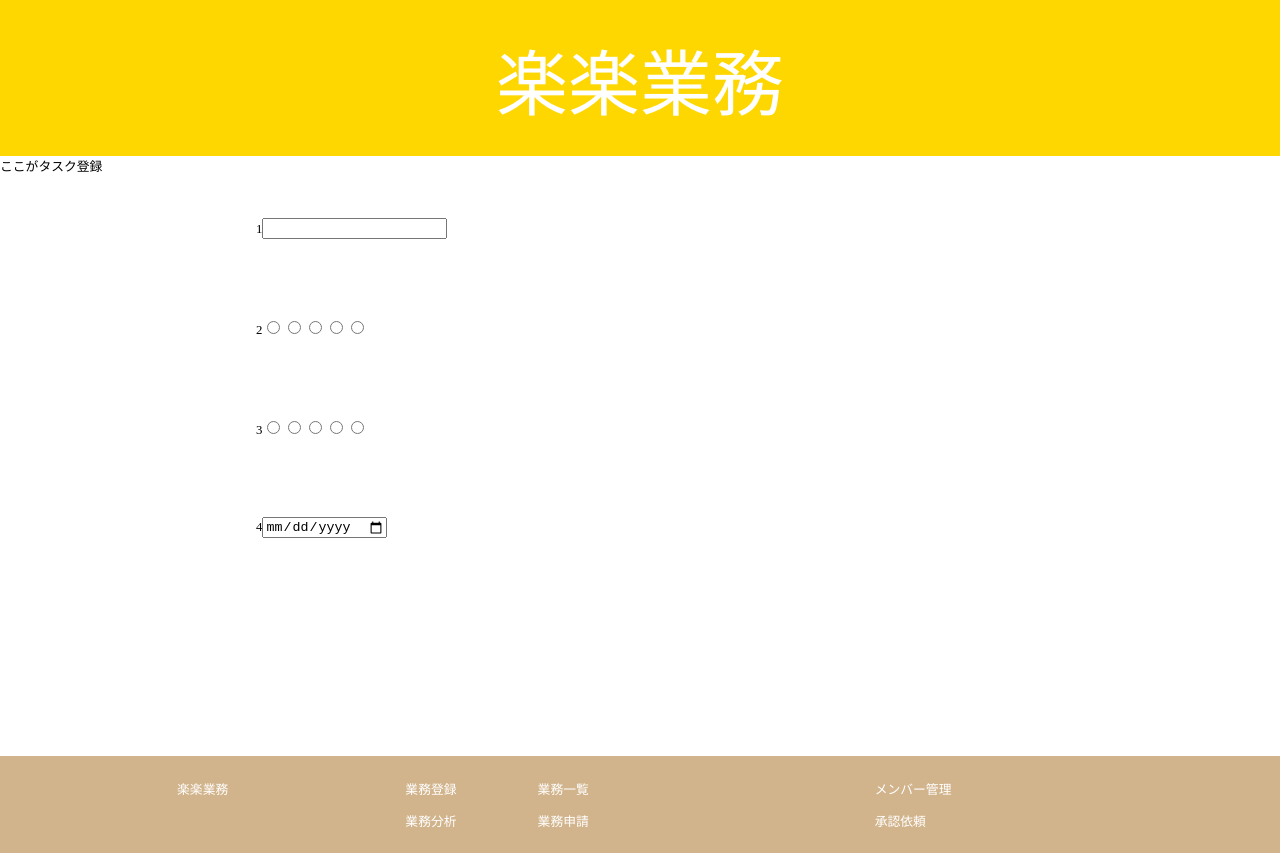
Repository: Reiya-1003/VueReplaceTask
Page: /#/register
An editor plug-in stored every save of this project. The page is shown before and after the next save, followed by the edit.
The browser window is 1280 px wide. The pictures show the whole page.
The project was rebuilt for these pictures with package versions that can differ from the ones it lists, and the page was loaded fresh each time. Also part of the build but not shown: vue.config.js, src/components/pages/PageHome.vue.

Above is the page before, as saved 2022-06-16 15:30:08.

### public/index.html
<!DOCTYPE html>
<html lang="">
  <head>
    <meta charset="utf-8">
    <meta http-equiv="X-UA-Compatible" content="IE=edge">
    <meta name="viewport" content="width=device-width,initial-scale=1.0">
    <link rel="icon" href="<%= BASE_URL %>favicon.ico">
    <link rel="stylesheet" href="style.css">
    <title><%= htmlWebpackPlugin.options.title %></title>
  </head>
  <body>
    <noscript>
      <strong>We're sorry but <%= htmlWebpackPlugin.options.title %> doesn't work properly without JavaScript enabled. Please enable it to continue.</strong>
    </noscript>
    <div id="app"></div>
    <!-- built files will be auto injected -->
  </body>
</html>

### src/main.js
import Vue from 'vue'
import App from './App.vue'
import router from './roter'

Vue.config.productionTip = false


new Vue({
  router,
  render: h => h(App),
}).$mount('#app')

### src/App.vue
<template>
  <div>
      <PageHeader />

        <!-- <PageHome /> -->
        <router-view />

      <PageFooter />
  </div>
</template>

<script>
import PageHeader from "./components/modules/PageHeader";
import PageFooter from "./components/modules/PageFooter";


export default {
  name: 'App',
  components: {
    PageHeader,
    PageFooter,


  },

}
</script>

<style>

</style>

### src/roter.js
import Vue from 'vue'
import VueRouter from 'vue-router'
import Home from '@/components/pages/PageHome.vue'
import Register from '@/components/pages/PageRegister.vue'




Vue.use(VueRouter)

export default new VueRouter({
  // デフォルトの挙動では URL に `#` が含まれる.
  // URL から hash を取り除くには `mode:history` を指定する
  // mode: 'history',
  base: __dirname,

  routes: [
    {
      path: '/',
      name: 'home',
      component: Home
    },
    {
      path: '/register',
      name: 'register',
      component: Register
    },



  ]

})

### src/components/modules/PageHeader.vue
<template>
  <header id="headerblock">

    <h1 id="title" ><router-link to="/" >楽楽業務</router-link></h1>


  </header>
</template>

<script>
export default {
  name: 'PageHeader',

}
</script>


<style lang="scss" type="text/css">
  #headerblock{
    height: 10%;
    width: 100%;
    background-color: #ffd700;
    h1{
      margin: 0;
      text-align: center;
      padding: 2%;
      color: white;
      font-size: 10vh;
      font-weight: normal;
      a{
      cursor: pointer;
      color: inherit;
      text-decoration: none;
    }
    }


  }
</style>

### src/components/modules/PageFooter.vue
<template>
  <div id="footblock">

    <div class="flexitem1">
      <p><router-link to="/" >楽楽業務</router-link></p>
    </div>
    <div class="flexitem2">
      <div>
        <!-- roter-linkになると思う -->
        <p><router-link to="/register">業務登録</router-link></p>
        <p>業務分析</p>
      </div>
      <div class="item">
        <p>業務一覧</p>
        <p>業務申請</p>
      </div>
    </div>
    <div class="flexitem3">
      <p>メンバー管理</p>
      <p>承認依頼</p>
    </div>


  </div>
</template>

<script>
export default {
  name: 'PageFooter',

}
</script>


<style lang="scss" type="text/css">
  #footblock{
    background-color: #d2b48c;
    color: white;
    display: flex;
    justify-content: space-around;

    .flexitem1{
      width: 100%;
      text-align: center;
      padding-top: 10px;
      padding-bottom: 10px;
      a{
      cursor: pointer;
      color: inherit;
      text-decoration: none;
      }
    }
    .flexitem2{
      width: 100%;
      display: flex;
      padding-top: 10px;
      padding-bottom: 10px;
      justify-content: flex-start;
      a{
      cursor: pointer;
      color: inherit;
      text-decoration: none;
      }
      .item{
        padding-left: 20%;
      }
    }
    .flexitem3{
      padding-top: 10px;
      padding-bottom: 10px;
      padding-left: 5%;
      width: 100%;
      a{
      cursor: pointer;
      color: inherit;
      text-decoration: none;
      }
    }
  }
</style>

### src/components/pages/PageRegister.vue
<template>
  <div style="height: 600px">
    <div>ここがタスク登録</div>

    <div class="listbox">
      <div class="listitem"><span>1</span><input type="text"></div>
      <div class="listitem"><span>2</span><input type="radio"><input type="radio"><input type="radio"><input type="radio"><input type="radio"></div>
      <div class="listitem"><span>3</span><input type="radio"><input type="radio"><input type="radio"><input type="radio"><input type="radio"></div>
      <div class="lisitem"><span>4</span><input type="date"></div>
    </div>

  </div>
</template>

<script>
export default {
  name: "PageRegister",
};
</script>

<style lang="scss" type="text/css">
.listbox {
  margin: 3px auto;
  height: 400px;
  width: 60%;
  display: flex;
  flex-direction: column;
  justify-content: space-around;
  .listitem{

  }




}
</style>

### public/style.css
body{
  margin: 0;
  font-size: 1vmax;
}

After the next save:
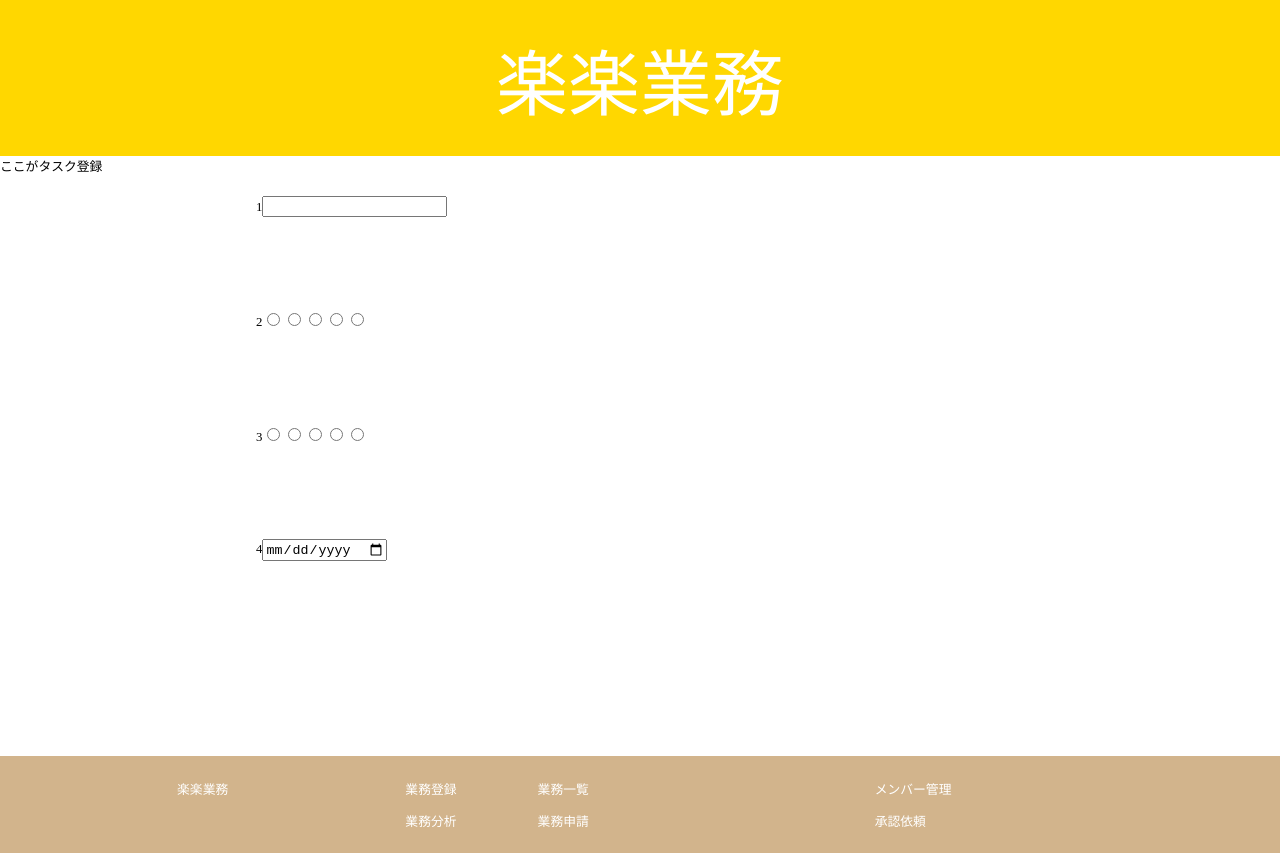
Saved 9 s later.
--- a/src/components/pages/PageRegister.vue
+++ b/src/components/pages/PageRegister.vue
@@ -27,7 +27,7 @@
   flex-direction: column;
   justify-content: space-around;
   .listitem{
-
+   height: 20%;
   }
 
 

After the save that followed:
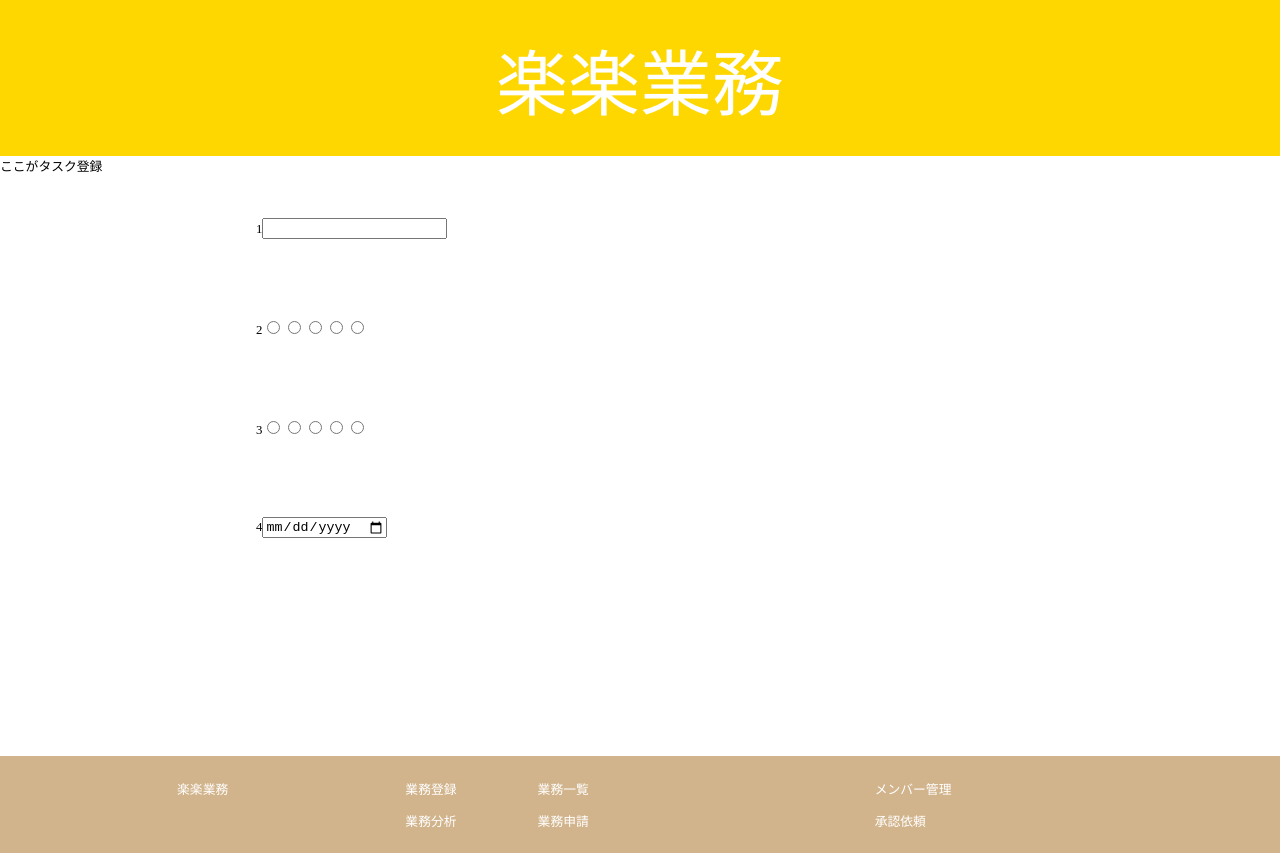
Saved 20 s later.
--- a/src/components/pages/PageRegister.vue
+++ b/src/components/pages/PageRegister.vue
@@ -27,7 +27,7 @@
   flex-direction: column;
   justify-content: space-around;
   .listitem{
-   height: 20%;
+   ;
   }
 
 
